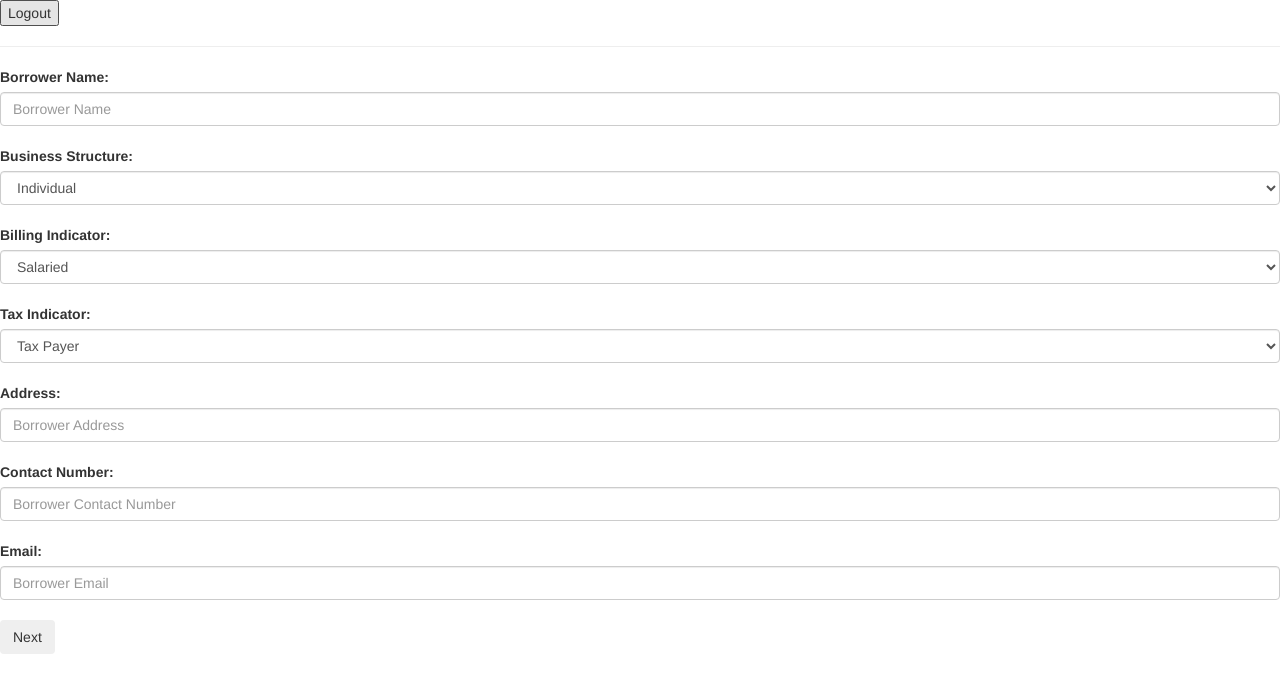
Repository: Bayvao/E-Loan-Project
Page: http://localhost/E-Loan-Project/WEB-INF/views/borrower-details-form.jsp
An editor plug-in stored every save of this project. The page is shown before and after the next save, followed by the edit.
The browser window is 1280 px wide. The pictures show the whole page.
The page is served by Tomcat 9. Nobody is signed in. The template is opened directly, without the code that normally fills it, so the values that code supplies are empty.

Above is the page before, as saved 2020-07-20 12:34:50.

After the next save:
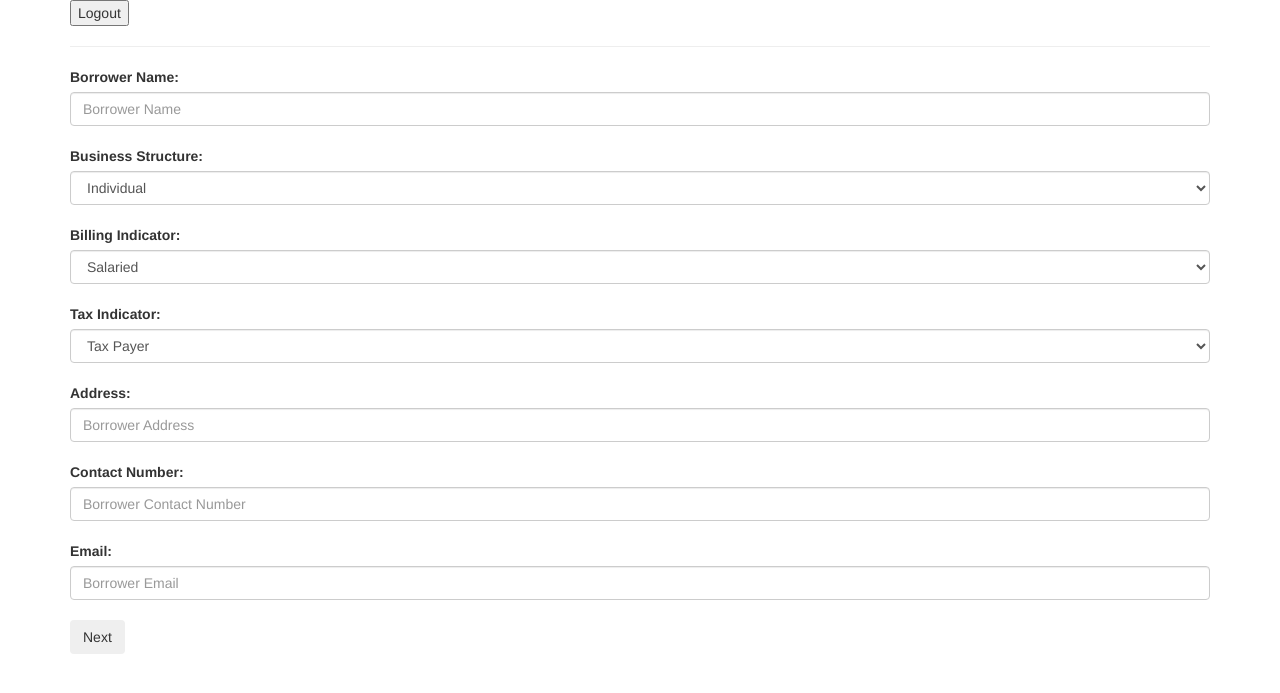
Saved 13 s later.
--- a/E-Loan-Project/src/main/webapp/WEB-INF/views/borrower-details-form.jsp
+++ b/E-Loan-Project/src/main/webapp/WEB-INF/views/borrower-details-form.jsp
@@ -20,6 +20,7 @@
 </style>
 </head>
 <body>
+<div class="container">
 
 	<!-- Add a logout button -->
 	<form:form action="${pageContext.request.contextPath}/logout"
